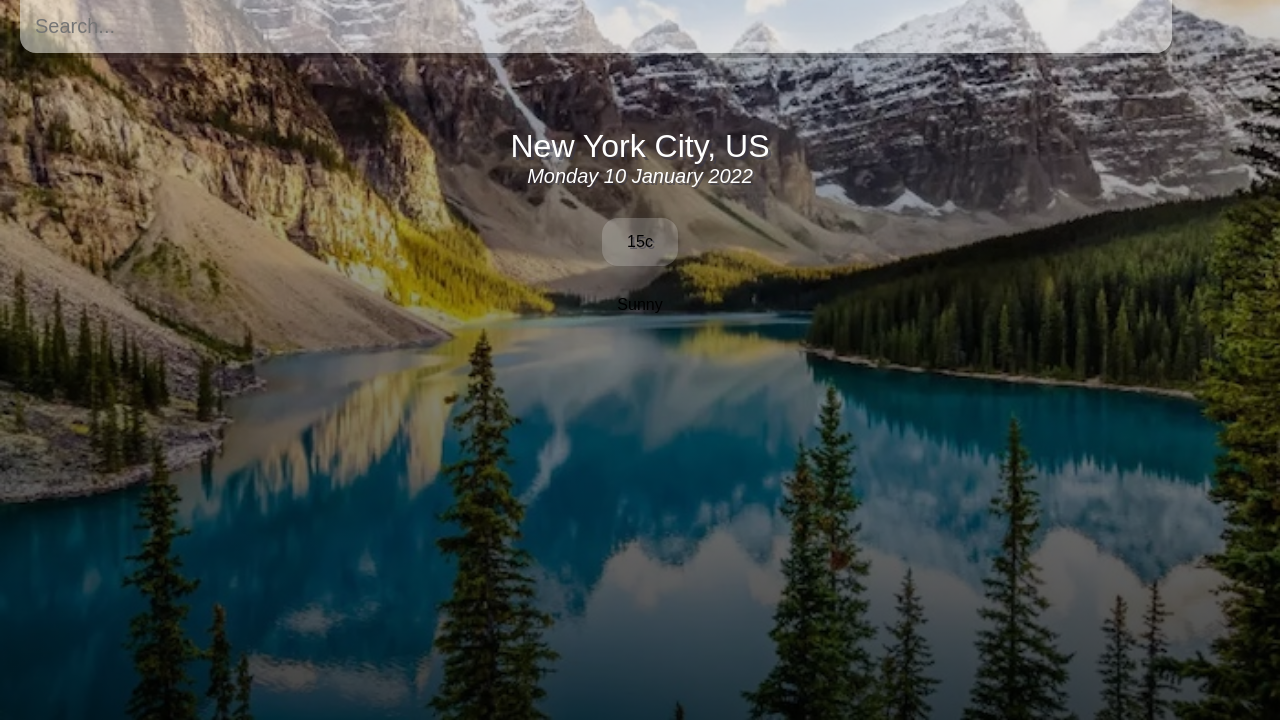
Repository: K-TT/WeatherApp
Page: /
An editor plug-in stored every save of this project. The page is shown before and after the next save, followed by the edit.
The browser window is 1280 px wide. The pictures show the whole page.
The project was rebuilt for these pictures with package versions that can differ from the ones it lists, and the page was loaded fresh each time.

Above is the page before, as saved 2022-01-13 23:39:56.

After the next save:
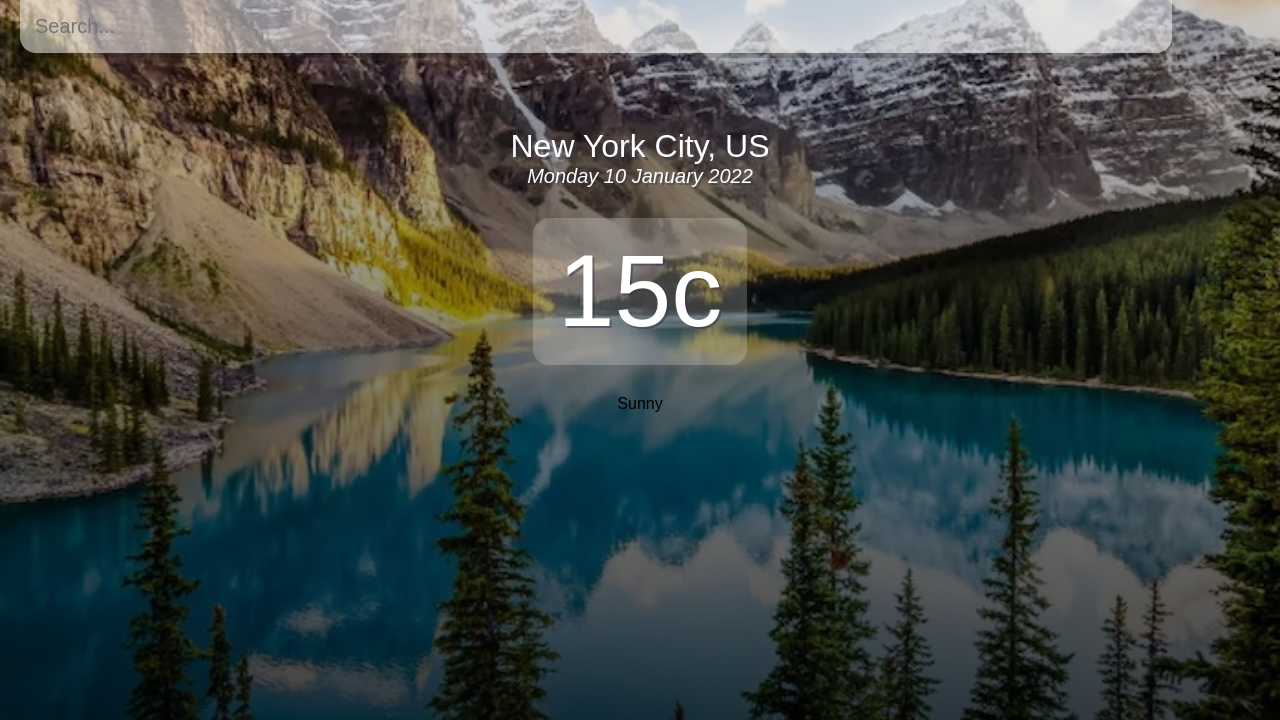
Saved 31 s later.
--- a/src/index.css
+++ b/src/index.css
@@ -79,5 +79,8 @@ main {
     background-color: rgba(255, 255, 255, 0.2);
     border-radius: 16px;
     padding: 15px 25px;
+    color: #FFF;
+    font-size: 102px;
+    font-weight: 300;
     text-shadow: 2px 2px rgba(50, 50, 70, 0.5);
 }
